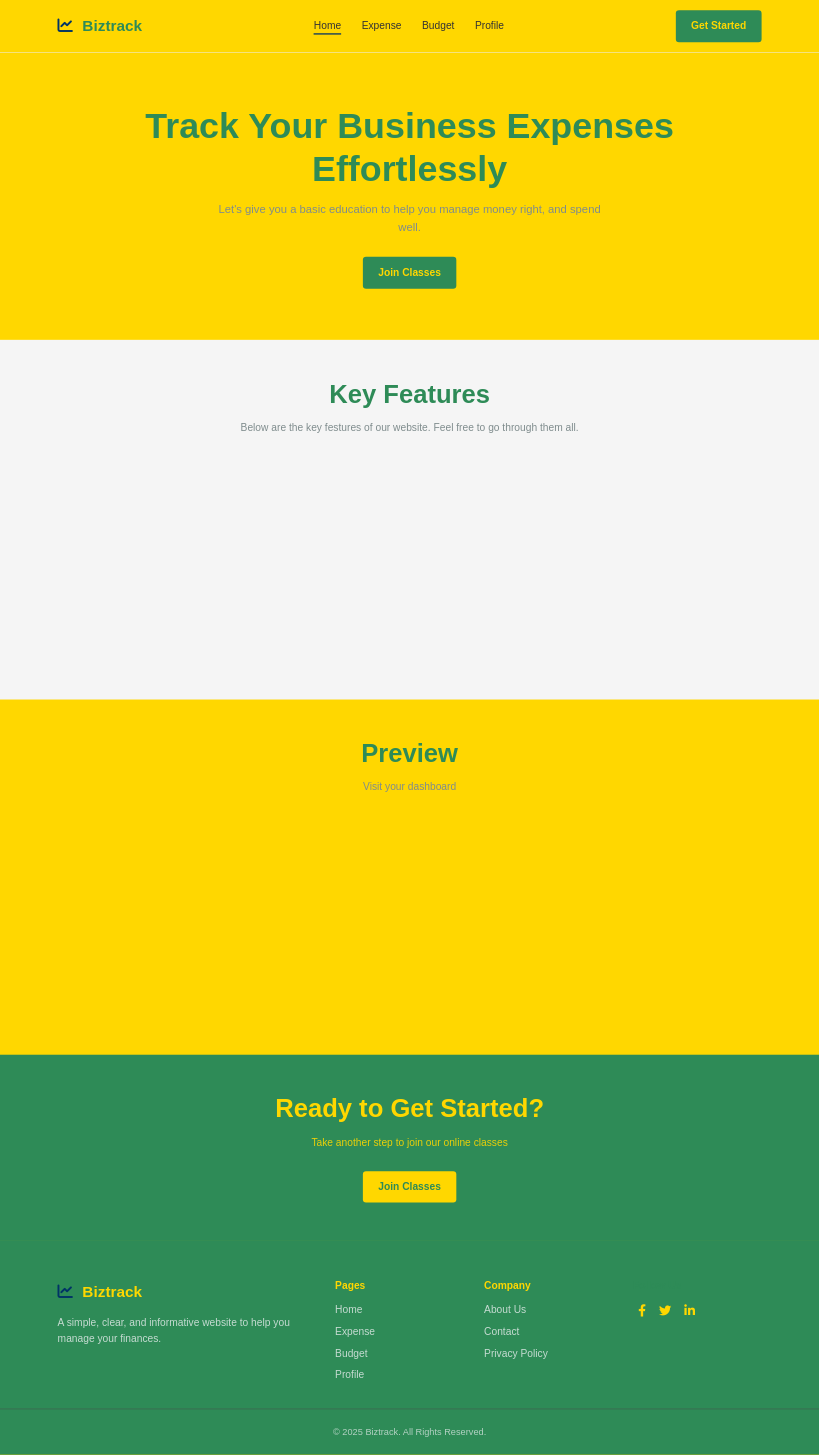
Repository: JoyUdoh106/wdd131
Page: project/index.html
An editor plug-in stored every save of this project. The page is shown before and after a run of saves, followed by the edit.
The browser window is 1280 px wide. The pictures show the whole page, at 64% of full size.

Above is the page before, as saved 2025-08-10 19:28:26.
Console error: TypeError: Cannot set properties of null (setting 'textContent')

After the next 3 saves:
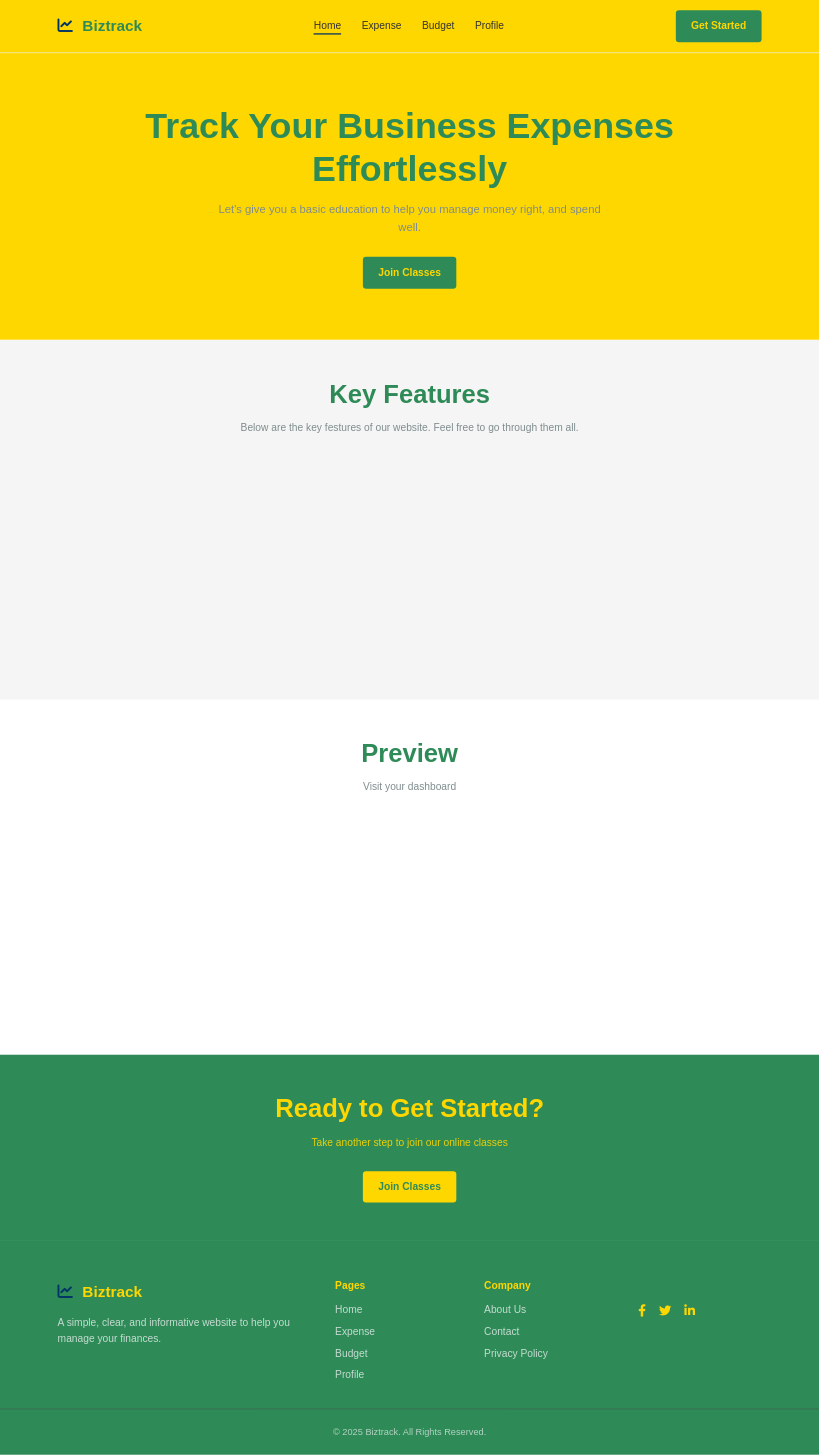
The 3 saves are shown as one change because they came seconds apart.
The last was saved 4 min 56 s later.
--- a/project/styles/project.css
+++ b/project/styles/project.css
@@ -17,7 +17,7 @@
 body {
     font-family: 'Poppins', sans-serif;
     color: var(--text-color);
-    background-color: var(--light-color);
+    background-color: #ffffff;
     line-height: 1.6;
 }
 
